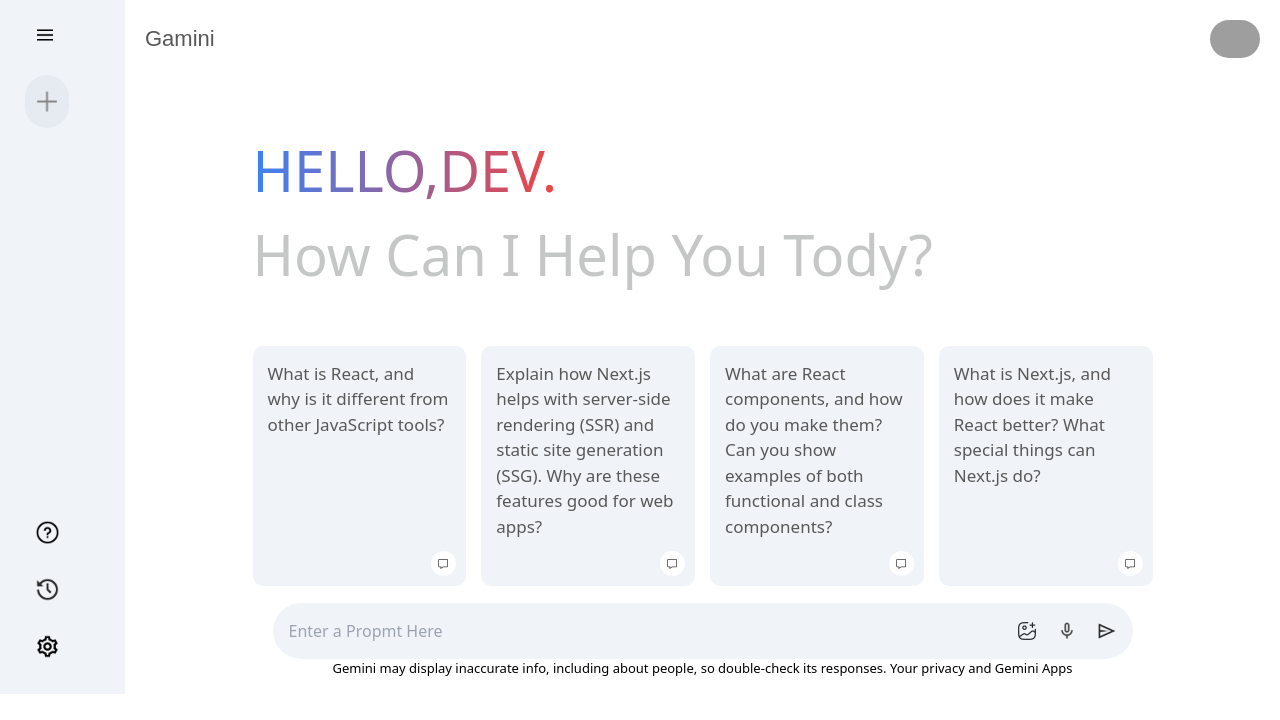
Repository: VilokMasuti/Gamini
Page: / (app in gamini/)
The author's editor kept a copy of each file at every save. The page is drawn from the files as they stood at one save, then again after the next save.
The browser window is 1280 px wide. The pictures show the whole page.
Pictures or frames that could not be fetched are drawn as grey boxes. The project was rebuilt for these pictures with package versions that can differ from the ones it lists, and the page was loaded fresh each time. Also part of the build but not shown: gamini/vite.config.js.

Above is the page before, as saved 2024-03-19 15:31:28.

### gamini/src/main.jsx
import ReactDOM from "react-dom/client";
import App from "./App.jsx";
import "./index.css";
import ContextProvider from "./context/Context.jsx";
ReactDOM.createRoot(document.getElementById("root")).render(
  <ContextProvider>
    <App />
  </ContextProvider>
);

### gamini/src/App.jsx
import Main from "./Components/Main/Main";
import SideBar from "./Components/Sidebar/SideBar";

function App() {
  return (
    <div className=" flex">
      <SideBar />
      <Main />
    </div>
  );
}

export default App;

### gamini/src/index.css
@tailwind base;
@tailwind components;
@tailwind utilities;

@import url("https://fonts.googleapis.com/css2?family=Outfit&display=swap");

/* Define a CSS class for applying the font-family */
.font-outfit {
  font-family: "Outfit", sans-serif; /* Include a fallback font */
}

### gamini/src/context/Context.jsx
/* eslint-disable react/prop-types */
import { createContext, useState } from "react";
import runChat from "../Config/gemini.js";
export const Context = createContext();

const ContextProvider = props => {
  const [input, setInput] = useState("");
  const [recentPrompt, setRecentPrompt] = useState("");
  const [prePrompts, setPrePrompts] = useState([]);
  const [showresult, setShowResult] = useState(false);
  const [loading, setLoading] = useState(false);
  const [resultdate, setResultDate] = useState("");
  const responses = async Prompt => {
    setResultDate("");
    setLoading(true);
    setShowResult(true);
    const response = await runChat(input);
    setShowResult(response);
    setLoading(false);
    setInput("");
  };

  const contextValue = {
    input,
    setInput,
    loading,
    responses,
    setRecentPrompt,
    showresult,
    setPrePrompts,
    prePrompts,
    recentPrompt,
    setShowResult,
    resultdate,
    setResultDate,
  };
  return (
    <Context.Provider value={contextValue}>{props.children}</Context.Provider>
  );
};
export default ContextProvider;

### gamini/src/Components/Main/Main.jsx
import { useContext } from "react";
import { assets } from "../../assets/assets";
import "../../index.css";
import { card } from "../../utils";
import { Context } from "../../context/Context";
const Main = () => {
  const {
    input,
    setInput,
    loading,
    responses,
    setRecentPrompt,
    showresult,
    setPrePrompts,
    prePrompts,
    recentPrompt,
    setShowResult,
    resultdate,
    setResultDate,
  } = useContext(Context);
  return (
    <div className=" main flex-1 max-h-[100vh] pb-[15vh] relative">
      <div className=" nav  p-[20px] items-center flex justify-between text-[#585858]  font-outfit ">
        <p className=" text-[22px] max-md:ml-20  ml-[0%]">Gamini </p>
        <img
          className=" rounded-full"
          src={assets.user_icon}
          alt="icon"
          width={50}
          height={50}
        />
      </div>
      <div className=" max-w-[900px] m-auto">
        {!showresult ? (
          <>
            <div className="greet mt-[50px] mb-[50px] ml-0 mr-0  text-[56px] text-[#c4c7c5] font-[500] p-20px">
              <p className="">
                <span className=" max-md:text-[22px] max-md:ml-20 bg-gradient-to-r from-blue-500 to-red-500 bg-clip-text text-transparent">
                  HELLO,DEV.
                </span>
              </p>
              <p className="max-md:text-[22px] max-md:ml-4 ">
                How Can I Help You Tody?{" "}
              </p>
            </div>
            <div className=" flex    flex-row  gap-[15px]  p-20px]">
              {card.map(item => (
                <>
                  <div
                    key={item}
                    className="  hover:bg-[#dfe4ea] hover:border-red-600 duration-1000  h-[240px] w-[250px] p-[15px] bg-[#f0f4f9]  rounded-[10px] relative cursor-pointer"
                  >
                    <p className="  text-[#585858] text-[17px]"> {item.p} </p>
                    <img
                      className=" p-[5px] absolute bottom-[10px] right-[10px] rounded-[20px]  bg-white"
                      src={assets.message_icon}
                      alt=""
                      width={25}
                      height={22}
                    />
                  </div>
                </>
              ))}
            </div>
          </>
        ) : (
          <div className="result"></div>
        )}

        <div className=" bottom absolute bottom-0 w-full max-w-[900px] pl-[20px] pr-[20px] pt-0 pb-0  ">
          <div className=" flex items-center  justify-between gap-[10px] rounded-[50px]  bg-[#f0f4f9] p-4 mb-[-3%]   ">
            {" "}
            <input
              onChange={e => setInput(e.target.value)}
              value={input}
              className="   outline-none  flex items-center justify-between gap-[20px] bg-[#f0f4f9] "
              type=" text"
              placeholder="Enter a Propmt Here"
            />
            <div className=" flex items-center gap-[20px]">
              <img src={assets.gallery_icon} alt="" width={20} height={40} />
              <img src={assets.mic_icon} alt="" width={20} height={40} />
              <img
                className=" cursor-pointer"
                onClick={() => responses()}
                src={assets.send_icon}
                alt=""
                width={20}
                height={40}
              />
            </div>
          </div>
          <p className=" text-[13px] mt-[26px] mr-[15px] ml-[15px] mb-[15px]    text-center font[300]">
            Gemini may display inaccurate info, including about people, so
            double-check its responses. Your privacy and Gemini Apps{" "}
          </p>
        </div>
      </div>
    </div>
  );
};

export default Main;

### gamini/src/Components/Sidebar/SideBar.jsx
import { useState } from "react";
import { assets } from "../../assets/assets";
import "../../index.css";

const SideBar = () => {
  const [extended, setExtended] = useState(false);
  return (
    <main className="  max-md:hidden  sidebar max-h-[100vh]    flex-col justify-between bg-[#f0f4f9] inline-flex p-[25px]   font-outfit ">
      <div className="top">
        <img
          onClick={() => setExtended(pre => !pre)}
          className=" block ml-[10px] cursor-pointer"
          width={20}
          height={21}
          src={assets.menu_icon}
          alt="menu"
        ></img>
        <div className="new-chat mt-[30px] inline-flex items-center gap-10 bg-[#e6eaf1]   rounded-full p-3 font-semibold text-gray-400 cursor-pointer">
          <img src={assets.plus_icon} width={20} height={21} alt="alt" />
          {extended ? <p>New Chat</p> : null}
        </div>
        {extended ? (
          <div className="recent flex flex-col">
            <p className="mt-[30px] mb-[20px]">Recent</p>
            <div className=" flex text-start gap-[10px] p-[10px] pr-[40px] rounded-md  text-[#282828] cursor-pointer hover:bg-[#e2e6eb] duration-1000">
              <img
                className=" rounded-md"
                src={assets.message_icon}
                alt="resct"
                width={20}
                height={21}
              />
              <p> What is react... </p>
            </div>
          </div>
        ) : null}
      </div>
      <div className="bottom  flex flex-col gap-3">
        <div className=" flex gap-3 rounded-md  text-[#282828] cursor-pointer hover:bg-[#e2e6eb] duration-1000  p-[10px] pr-[40px] ">
          <img src={assets.question_icon} width={25} height={25} alt="q" />
          {extended ? <p>Help</p> : null}
        </div>
        <div className=" flex gap-3 rounded-md  text-[#282828] cursor-pointer hover:bg-[#e2e6eb] duration-1000  p-[10px] pr-[40px] ">
          <img src={assets.history_icon} width={25} height={25} alt="q" />
          {extended ? <p>Activity</p> : null}
        </div>
        <div className=" flex gap-3 rounded-md  text-[#282828] cursor-pointer hover:bg-[#e2e6eb] duration-1000  p-[10px] pr-[40px] ">
          <img src={assets.setting_icon} width={25} height={25} alt="q" />
          {extended ? <p>settings</p> : null}
        </div>
      </div>
    </main>
  );
};

export default SideBar;

### gamini/src/Config/gemini.js
// node --version # Should be >= 18
// npm install @google/generative-ai

import {
  GoogleGenerativeAI,
  HarmCategory,
  HarmBlockThreshold,
} from "@google/generative-ai";

const MODEL_NAME = "gemini-1.0-pro";
const API_KEY = "AIzaSyDNa6zT3smLM6U_2eojzhkQF9cZdbw8ikc";

async function runChat(Prompt) {
  const genAI = new GoogleGenerativeAI(API_KEY);
  const model = genAI.getGenerativeModel({ model: MODEL_NAME });

  const generationConfig = {
    temperature: 0.9,
    topK: 1,
    topP: 1,
    maxOutputTokens: 2048,
  };

  const safetySettings = [
    {
      category: HarmCategory.HARM_CATEGORY_HARASSMENT,
      threshold: HarmBlockThreshold.BLOCK_MEDIUM_AND_ABOVE,
    },
    {
      category: HarmCategory.HARM_CATEGORY_HATE_SPEECH,
      threshold: HarmBlockThreshold.BLOCK_MEDIUM_AND_ABOVE,
    },
    {
      category: HarmCategory.HARM_CATEGORY_SEXUALLY_EXPLICIT,
      threshold: HarmBlockThreshold.BLOCK_MEDIUM_AND_ABOVE,
    },
    {
      category: HarmCategory.HARM_CATEGORY_DANGEROUS_CONTENT,
      threshold: HarmBlockThreshold.BLOCK_MEDIUM_AND_ABOVE,
    },
  ];

  const chat = model.startChat({
    generationConfig,
    safetySettings,
    history: [],
  });

  const result = await chat.sendMessage(Prompt);
  const response = result.response;
  console.log(response.text());
  return response.text();
}

export default runChat;

### gamini/src/assets/assets.js
import history_icon from './history_icon.png'
import menu_icon from './menu_icon.png'
import plus_icon from './plus_icon.png'
import question_icon from './question_icon.png'
import setting_icon from './setting_icon.png'
import bulb_icon from './bulb_icon.png'
import compass_icon from './compass_icon.png'
import gallery_icon from './gallery_icon.png'
import mic_icon from './mic_icon.png'
import user_icon from './user_icon.png'
import youtube_icon from './youtube_icon.png'
import message_icon from './message_icon.png'
import code_icon from './code_icon.png'
import send_icon from './send_icon.png'
import gemini_icon from './gemini_icon.png'

export const assets = {
    history_icon,
    menu_icon,
    plus_icon,
    question_icon,
    setting_icon,
    bulb_icon,
    compass_icon,
    gallery_icon,
    mic_icon,
    user_icon,
    youtube_icon,
    message_icon,
    code_icon,
    send_icon,
    gemini_icon
}

### gamini/src/utils/index.js
export const card = [
  {
    p: "What is React, and why is it different from other JavaScript tools?",
    img: "",
  },
  {
    p: "Explain how Next.js helps with server-side rendering (SSR) and static site generation (SSG). Why are these features good for web apps?",
    img: "../assets/compass_icon.png",
  },
  {
    p: "What are React components, and how do you make them? Can you show examples of both functional and class components?",
    img: "../assets/compass_icon.png",
  },
  {
    p: "What is Next.js, and how does it make React better? What special things can Next.js do?",
    img: "../assets/compass_icon.png",
  },
];

Loaded but not shown: gamini/index.html (common file); gamini/tailwind.config.js (common file)

After the next save:
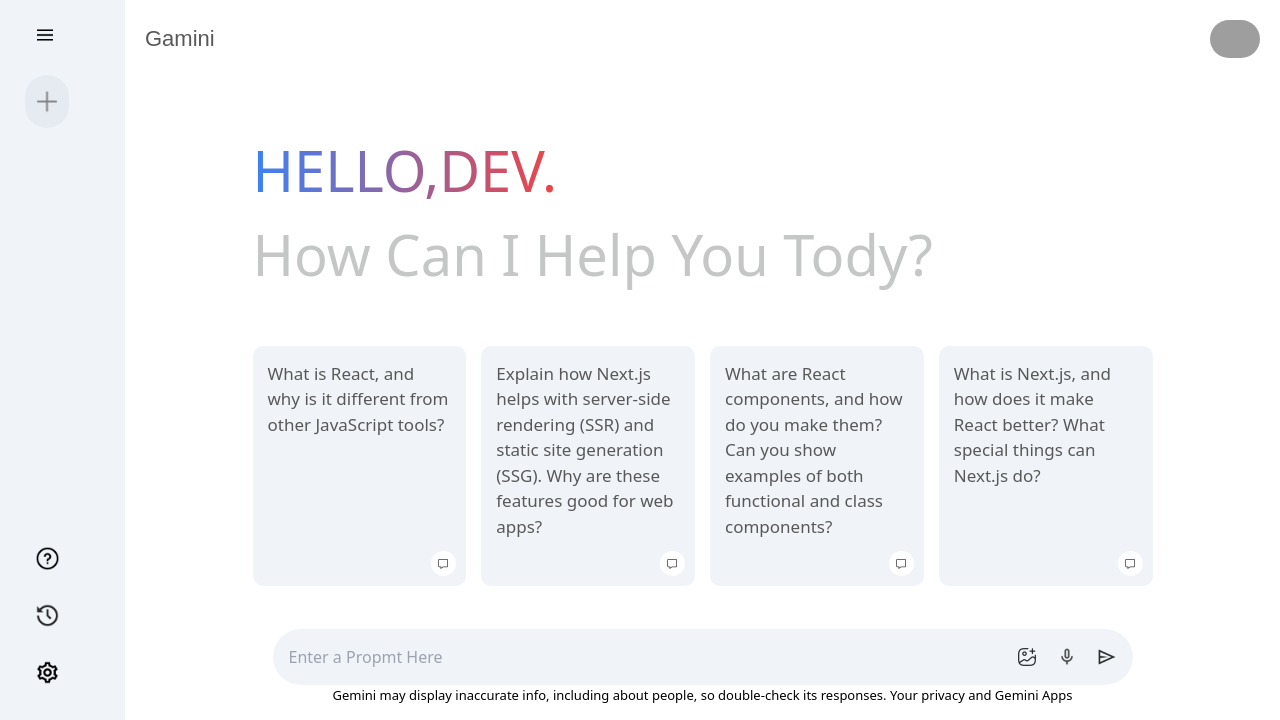
Saved 3 min 32 s later.
--- a/gamini/src/Components/Sidebar/SideBar.jsx
+++ b/gamini/src/Components/Sidebar/SideBar.jsx
@@ -5,7 +5,7 @@
 const SideBar = () => {
   const [extended, setExtended] = useState(false);
   return (
-    <main className="  max-md:hidden  sidebar max-h-[100vh]    flex-col justify-between bg-[#f0f4f9] inline-flex p-[25px]   font-outfit ">
+    <main className="  max-md:hidden  sidebar min-h-[100vh]    flex-col justify-between bg-[#f0f4f9] inline-flex p-[25px]   font-outfit ">
       <div className="top">
         <img
           onClick={() => setExtended(pre => !pre)}
